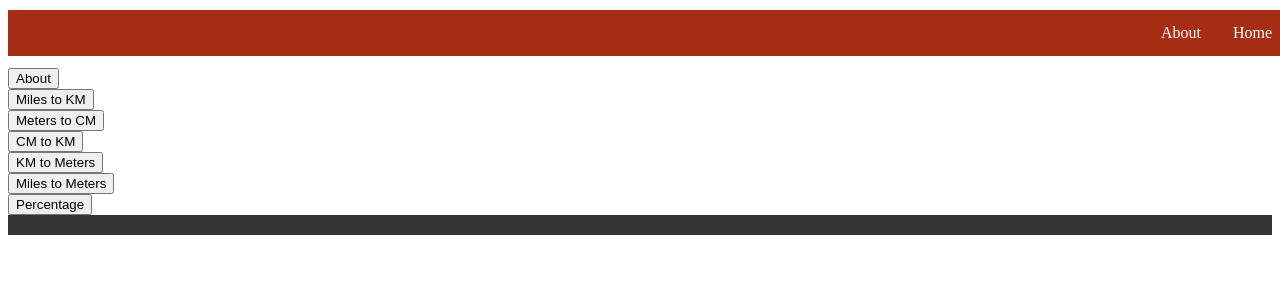
Repository: Kamrangujjar85112/Length-Converter
Page: html/home.html
These files come from the project's save history. The page is drawn as it stood at one moment and after the next save; the edit follows.
The browser window is 1280 px wide. The pictures show the whole page.

Above is the page before, as saved 2022-01-21 02:21:23.

### html/home.html
<!-- home -->
<!DOCTYPE html>
<html lang="en">
<head>
    <meta charset="UTF-8">
    <meta http-equiv="X-UA-Compatible" content="IE=edge">
    <meta name="viewport" content="width=device-width, initial-scale=1.0">
    <title>Home</title>
    <link rel="stylesheet" href="../css/style.css">

</head>
<body>
   <div class="header">
        <nav>
            <ul class="nav-ul">
                <li class="nav-li"><a href="#home">Home</a></li>
                <li class="nav-li"><a href="#about">About</a></li>
            </ul>
        </nav>
   </div>
   <div class="container">
    <a href="about.html" class="about">
        <button class="about">About</button>
    </a><br>
    <a href="mi_km.html" class="">
        <button class="mi_km">Miles to KM</button>
    </a><br>

    <a href="m_cm.html" class="about">
        <button class="m_cm">Meters to CM</button>
    </a><br>

    <a href="cm_km.html" class="about">
        <button class="cm_km">CM to KM</button>
    </a><br>

    <a href="km_m.html" class="about">
        <button class="km_m">KM to Meters</button>
    </a><br>

    <a href="mi_m.html" class="about">
        <button class="mi_m">Miles to Meters</button>
    </a><br>

    <a href="percentage.html" class="about">
        <button class="percentage">Percentage</button>
    </a><br>
   </div>
   <div class="footer">

   </div>



</body>
</html>

### css/style.css
  body{
    padding-top: 60px;
    padding-bottom: 40px;
}
.header{
    top: 0;
    width: 100%;
    margin: 0 auto;
    position: fixed;
    padding: 10px 0;
}
.nav-ul{
    list-style-type: none;
    margin: 0;
    padding: 0;
    overflow: hidden;
    background-color: #A62E15;
  }

  .nav-li {
    float: right;
  }

  li a {
    display: block;
    color: white;
    text-align: center;
    padding: 14px 16px;
    text-decoration: none;
  }


  /* Change the link color to #111 (black) on hover */
  li a:hover {
    background-color: #CA7E6F;
  }
.footer{
    bottom: 0;
    width: 100%;
    margin: 0
    position: fixed;
    background: #333;
    padding: 10px 0;
    color: #fff;
}
/* Some more styles to beutify this example */

After the next save:
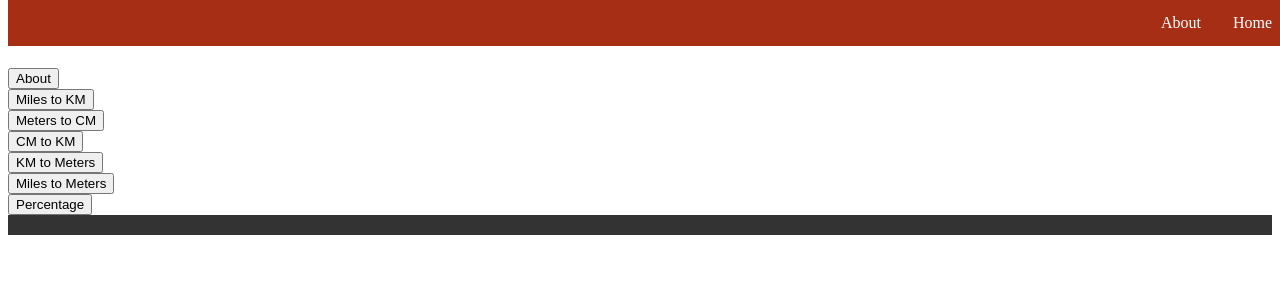
Saved 17 s later.
--- a/css/style.css
+++ b/css/style.css
@@ -7,7 +7,7 @@
     width: 100%;
     margin: 0 auto;
     position: fixed;
-    padding: 10px 0;
+    padding: 0px 0;
 }
 .nav-ul{
     list-style-type: none;

After the save that followed:
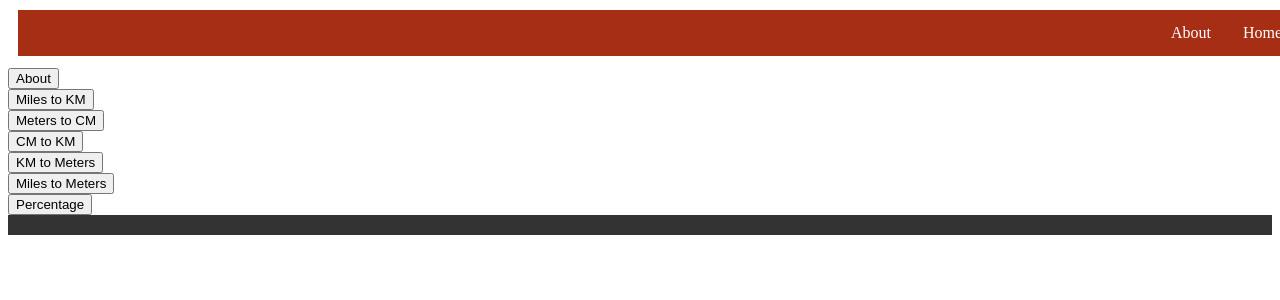
Saved 16 s later.
--- a/css/style.css
+++ b/css/style.css
@@ -7,7 +7,7 @@
     width: 100%;
     margin: 0 auto;
     position: fixed;
-    padding: 0px 0;
+    padding: 10px 10px;
 }
 .nav-ul{
     list-style-type: none;
